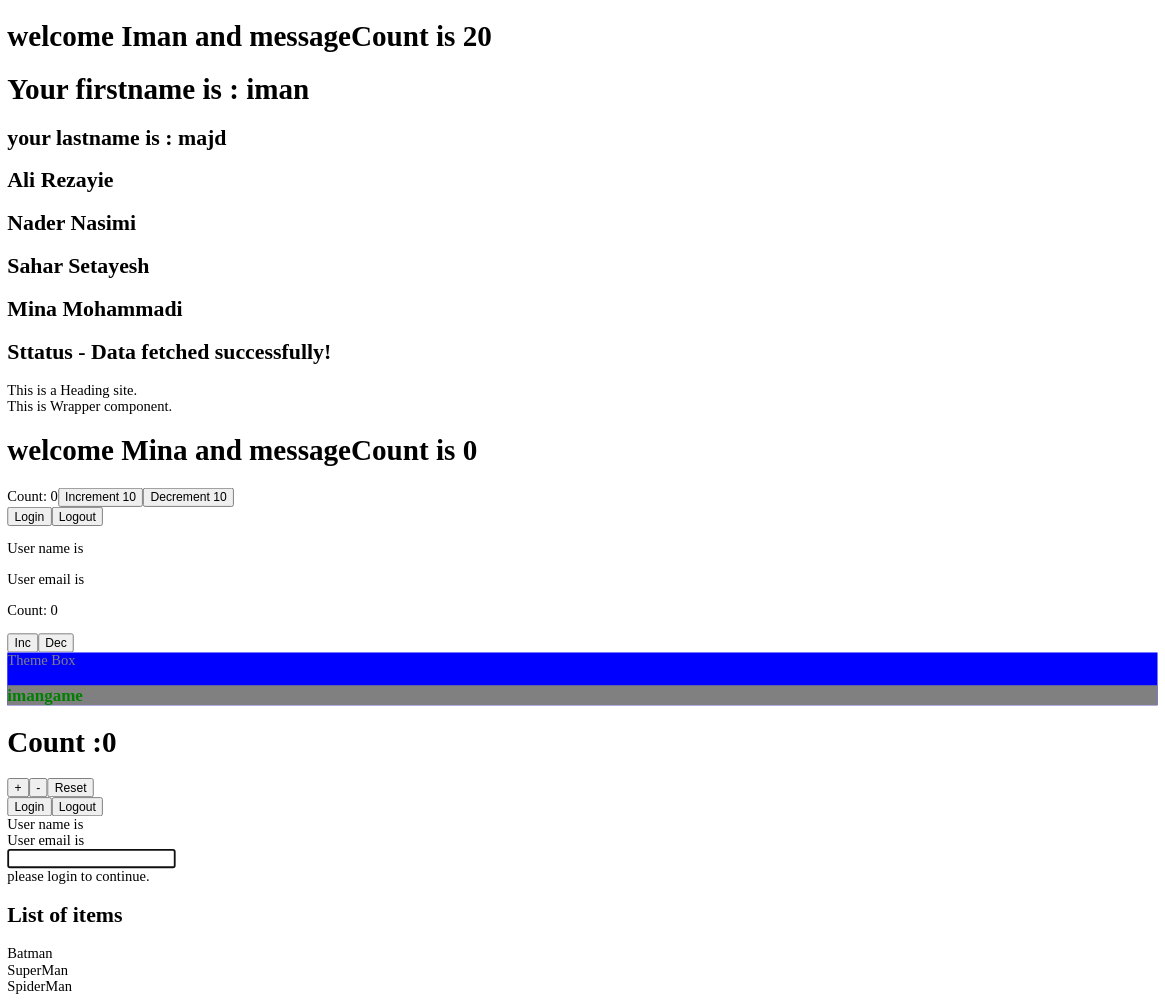
Repository: imangame2125/Typescript-learn-course
Page: /
An editor plug-in stored every save of this project. The page is shown before and after the next save, followed by the edit.
The browser window is 1280 px wide. The pictures show the whole page, at 91% of full size.
The project was rebuilt for these pictures with package versions that can differ from the ones it lists, and the page was loaded fresh each time.

Above is the page before, as saved 2023-10-01 16:05:50.

### src/App.tsx
import React from "react";
import { Greet } from "./components/pages/Greet";
import Person from "./components/pages/Person";
import PersonList from "./components/pages/PersonList";
import Status from "./components/pages/Status";
import Heading from "./components/pages/Heading";
import { Wrapper } from "./components/pages/Wrapper";
import User from "./components/pages/User";
import Container from "./components/pages/Counter";
import UseReducerTypescript from "./components/pages/UseResuerTypescript";
import CounterUseReducer from "./components/pages/CounterUseReducer";
import { ThemeContextProvider } from "./components/context/ThemeContext";
import Box from "./components/pages/Box";
import { UserContextProvider } from "./components/context/UserContext";
import UserContainer from './components/context/UserContainer'
import DomRef from "./components/ref/DomRef";
import Private from "./components/auth/Private";
import Profile from "./components/auth/Profile";
import LogIn from "./components/auth/LogIn";
import { List } from "./components/generics/List";


function App() {
  const personName = {
    firstName: "iman",
    lastName: "majd",
  };

  const nameList = [
    {
      firstName:'Ali',
      lastName:'Rezayie'
    },


    {
      firstName:'Nader',
      lastName:'Nasimi'
    },


    {
      firstName:'Sahar',
      lastName:'Setayesh'
    },



    {
      firstName:'Mina',
      lastName:'Mohammadi'
    },
  ]
  return (
    <div className="App">
      <Greet name="Iman" messageCount={20} isLoggedIn={true} family={0} />
      <Person name={personName} />
      <PersonList names={nameList}/>
      <Status status="success"/>
      <Heading>
        This is a Heading site.
      </Heading>
      <Wrapper>
        <Heading>This is Wrapper component.</Heading>
      </Wrapper>
      <Greet name='Mina' isLoggedIn={true} family={0}/>
      <Container/>
      <User/>
      <UseReducerTypescript/>

      <ThemeContextProvider>
        <Box/>
      </ThemeContextProvider>

      <CounterUseReducer/>

      <UserContextProvider>
        <UserContainer/>
      </UserContextProvider>

      <DomRef/>

      <Private isLoggedIn={true} component={LogIn}/>

      <List items={['Batman','SuperMan','SpiderMan']} onClick={(item)=>console.log(item)}/>
    </div>
  );
}

export default App;

### src/components/pages/Greet.tsx
import React from "react";
import { GreetProps } from "../types/GreetProps";

//optional props

export const Greet = ({ name, messageCount = 0, isLoggedIn }: GreetProps) => {
  return (
    <div>
      {isLoggedIn ? (
        <h1>{`welcome ${name} and messageCount is ${messageCount}`}</h1>
      ) : (
        <h2>its bad...</h2>
      )}
    </div>
  );
};

### src/components/pages/Person.tsx
import React from "react";
import { PersonProps } from "../types/PersonProps";

const Person = ({ name: { firstName, lastName } }: PersonProps) => {
  return (
    <div>
      <h1>Your firstname is : {firstName}</h1>
      <h2>your lastname is : {lastName}</h2>
    </div>
  );
};

export default Person;

### src/components/pages/PersonList.tsx
import React from 'react'
import { Name } from '../types/PersonLIstProps'

type PersonsListProps = {
  names:Name[]
}

const PersonList = ({names}:PersonsListProps) => {
  return (
    <div>
        {names.map((name)=>{
            return(
                <h2 key={name.firstName}>{name.firstName} {name.lastName}</h2>
            )
        })}
    </div>
  )
}

export default PersonList

### src/components/pages/Status.tsx
import React from "react";
import { StatusProps } from "../types/StatusProps";
//a Union of string literals

const Status = ({ status }: StatusProps) => {
  let message;
  if (status === "loading") {
    message = "Loading...";
  } else if (status === "success") {
    message = "Data fetched successfully!";
  } else if (status === "error") {
    message = "Error fetching data";
  }
  return (
    <div>
        <h2>Sttatus - {message}</h2>
    </div>
  );
};

export default Status;

### src/components/pages/Heading.tsx
import React from "react";
import { HeadingProps } from "../types/HeadingProps";

//children props
const Heading = ({ children }: HeadingProps) => {
  return <div>{children}</div>;
};

export default Heading;

### src/components/pages/Wrapper.tsx
import React from "react";
import { WrapperProps } from "../types/WrapperProps";
//children props when type is React.ReactNode

export const Wrapper = ({ children }: WrapperProps) => {
  return <div>{children}</div>;
};

### src/components/pages/User.tsx
import React, { useState } from "react";
// import { UserProps } from "../types/UserProps";

type UserProps = {
  name: string;
  email: string;
};

const User = () => {
  const [user, setUser] = useState<UserProps>({} as UserProps);
  const handleLogin = () => {
    setUser({
      name: "iman",
      email: "imanclever51@gmail.com",
    });
  };

  const handleLogout = () => {
    setUser({
      name: "",
      email: "",
    });
  };
  return (
    <div>
      <button onClick={handleLogin}>Login</button>
      <button onClick={handleLogout}>Logout</button>
      <p>User name is {user.name} </p>
      <p>User email is {user.email}</p>
    </div>
  );
};

export default User;

### src/components/pages/Counter.tsx
import React, { useReducer } from "react";

function reducer(
  state: { count: number },
  action: { type: string; payload: number }
) {
  switch (action.type) {
    case "INCREMENT":
      return {
        count: state.count + action.payload,
      };
    case "resut":
      return {
        count: 10,
      };

    case "DECREMENT":
      return {
        count: state.count - action.payload,
      };
    default:
      return state;
  }
}

const Container = () => {
  const [state, dispatch] = useReducer(reducer, { count: 0 });

  const handleInc = () => {
    dispatch({
      type: "INCREMENT",
      payload: 10,
    });
  };

  // const handleReset = ()=>{
  //   dispatch({
  //     type:'resut',

  //   })
  // }

  const handleDic = () => {
    dispatch({
      type: "DECREMENT",
      payload: 10,
    });
  };
  return (
    <>
      Count: {state.count}
      {/* <button onClick={() => dispatch({ type: "INCREMENT", payload: 10 })}> */}
      <button onClick={handleInc}>Increment 10</button>
      {/* <button onClick={() => dispatch({ type: "DECREMENT", payload: 10 })}> */}
      <button onClick={handleDic}>Decrement 10</button>
      {/* <button onClick={handleReset}>Reset</button> */}
    </>
  );
};

export default Container;

### src/components/pages/UseResuerTypescript.tsx
import React, { useReducer } from 'react';

const reducer = (state: { count: number }, action: { type: string; payload?: number }) => {
  switch (action.type) {
    case 'INC':
      return { ...state, count: state.count + (action.payload || 0) };

      case 'DEC':
        return { ...state, count: state.count - (action.payload || 0) };
    default:
      return state;
  }
};

const UseReducerTypescript = () => {
  const [state, dispatch] = useReducer(reducer, { count: 0 });

  const handleInc = () => {
    dispatch({
      type: 'INC',
      payload: 10,
    });
  };

  const handleDec = () => {
    dispatch({
      type: 'DEC',
      payload: 10,
    });
  };

  return (
    <div>
      <p>Count: {state.count}</p>
      <button onClick={handleInc}>Inc</button>
      <button onClick={handleDec}>Dec</button>
    </div>
  );
};

export default UseReducerTypescript;

### src/components/pages/CounterUseReducer.tsx
import React, { useReducer } from "react";
const initialValue = {
  count: 0,
};

type CounterState = {
  count: number;
};

type UpdateAction = {
  type: "INC" | "DEC";
  payload: number;
};

type ResetAction = {
  type: "reset";
};
type CounterAction = UpdateAction | ResetAction;
const reducer = (state: CounterState, action: CounterAction) => {
  switch (action.type) {
    case "INC":
      return { ...state, count: state.count + action.payload };

    case "reset":
      return initialValue;

    case "DEC":
      return { ...state, count: state.count - action.payload };
    default:
      return state;
  }
};
const CounterUseReducer = () => {
  const [state, dispatch] = useReducer(reducer, initialValue);
  return (
    <div>
      <h1>Count :{state.count}</h1>
      <button onClick={() => dispatch({ type: "INC", payload: 50 })}>+</button>
      <button onClick={() => dispatch({ type: "DEC", payload: 50 })}>-</button>
      <button onClick={() => dispatch({ type: "reset" })}>Reset</button>
    </div>
  );
};

export default CounterUseReducer;

### src/components/context/ThemeContext.tsx
import { createContext } from "react";
import { theme } from "./theme";

type ThemeContextProviderProps = {
  children: React.ReactNode;
};

export const ThemeContext = createContext(theme);

export const ThemeContextProvider = ({
  children,
}: ThemeContextProviderProps) => {
  return (
    <ThemeContext.Provider value={theme}>{children}</ThemeContext.Provider>
  );
};

### src/components/pages/Box.tsx
import React, { useContext } from "react";
import { ThemeContext } from "../context/ThemeContext";

const Box = () => {
  const theme = useContext(ThemeContext);
  return (
    <div
      style={{ background: theme.primary.main, color: theme.secondary.text }}
    >
      Theme Box

      <h3 style={{background:theme.secondary.main,color:theme.success.text}}>imangame</h3>
    </div>
  );
};

export default Box;

### src/components/context/UserContext.tsx
import { createContext, useState } from "react";

export type AuthUser = {
  name: string;
  email: string;
};
type UsaerContextType = {
  user: AuthUser | null;
  setUser: React.Dispatch<React.SetStateAction<AuthUser | null>>;
};

type UserContextProviderProps = {
  children: React.ReactNode;
};

// export const UserContext = createContext<UsaerContextType | null>(null);
export const UserContext = createContext<UsaerContextType | null>({} as UsaerContextType);

export const UserContextProvider = ({ children }: UserContextProviderProps) => {
  const [user, setUser] = useState<AuthUser | null>(null);
  return (
    <UserContext.Provider value={{ user, setUser }}>
      {children}
    </UserContext.Provider>
  );
};

### src/components/context/UserContainer.tsx
import React, { useContext } from 'react'
import { UserContext} from './UserContext'
const UserContainer = () => {
  const userContext =  useContext(UserContext)
    const handleLogin = ()=>{
      // if(userContext){

      // }
      userContext?.setUser({
        name:'iman',
        email:'imanmajdabadifarahni1372@gmail.com'
      })
    }
    const handleLogout = ()=>{
      // if(userContext){
      // }
      userContext?.setUser(null)
    }
  return (
    <div>
        <button onClick={handleLogin}>Login</button>
        <button onClick={handleLogout}>Logout</button>
        <div>User name is {userContext?.user?.name}</div>
        <div>User email is {userContext?.user?.email}</div>
    </div>
  )
}

export default UserContainer

### src/components/ref/DomRef.tsx
import React, { useEffect, useRef } from "react";

const DomRef = () => {
  const inputRef = useRef<HTMLInputElement>(null);

  useEffect(() => {
    inputRef.current?.focus();
  }, []);
  return (
    <div>
      <input type="text" ref={inputRef} />
    </div>
  );
};

export default DomRef;

### src/components/auth/Private.tsx
import React from "react";
import LogIn from "./LogIn";
import { ProfileProps } from "./Profile";

type PrivateProps = {
  isLoggedIn: boolean;
  component: React.ComponentType<ProfileProps>;
};

const Private = ({ isLoggedIn, component:Component }: PrivateProps) => {
  if (isLoggedIn) {
    return <Component name='Iman' />;
  } else {
    return <LogIn />;
  }
};

export default Private;

### src/components/auth/LogIn.tsx
import React from 'react'

const LogIn = () => {
  return (
    <div>please login to continue.</div>
  )
}

export default LogIn

### src/components/generics/List.tsx
    import React from "react";

    type ListProps<T> = {
    items: T[];
    onClick: (value: T) => void;
    };
    export const List = <T extends {id:number}>({ items, onClick }: ListProps<T>) => {
    return (
        <div>
        <h2>List of items</h2>
        {items.map((item, index ) => {
            return (
            <div onClick={() => onClick(item)} key={item.id}>
                {String(item)}
            </div>
            );
        })}
        </div>
    );
    };

### src/components/context/theme.tsx
export const theme = {
    primary:{
        main:'blue',
        text:'blue'
    },
    secondary:{
        main:'gray',
        text:'gray'
    },

    success:{
        main:'green',
        text:'green'
    }
}

Loaded but not shown: public/index.html (common file); src/index.tsx (common file)

After the next save:
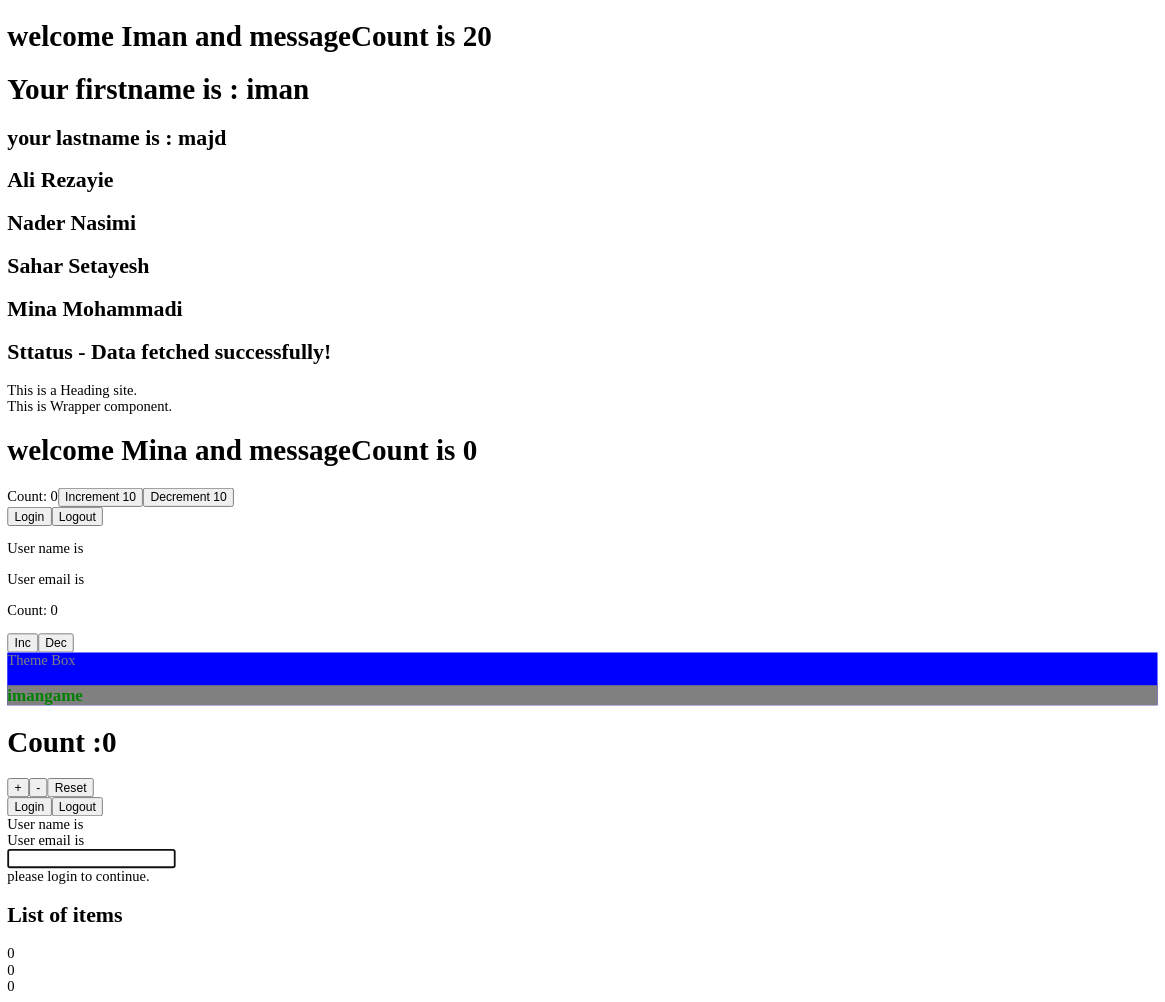
Saved 57 s later.
--- a/src/components/generics/List.tsx
+++ b/src/components/generics/List.tsx
@@ -11,7 +11,7 @@
         {items.map((item, index ) => {
             return (
             <div onClick={() => onClick(item)} key={item.id}>
-                {String(item)}
+                {String|Number(item)}
             </div>
             );
         })}

After the save that followed:
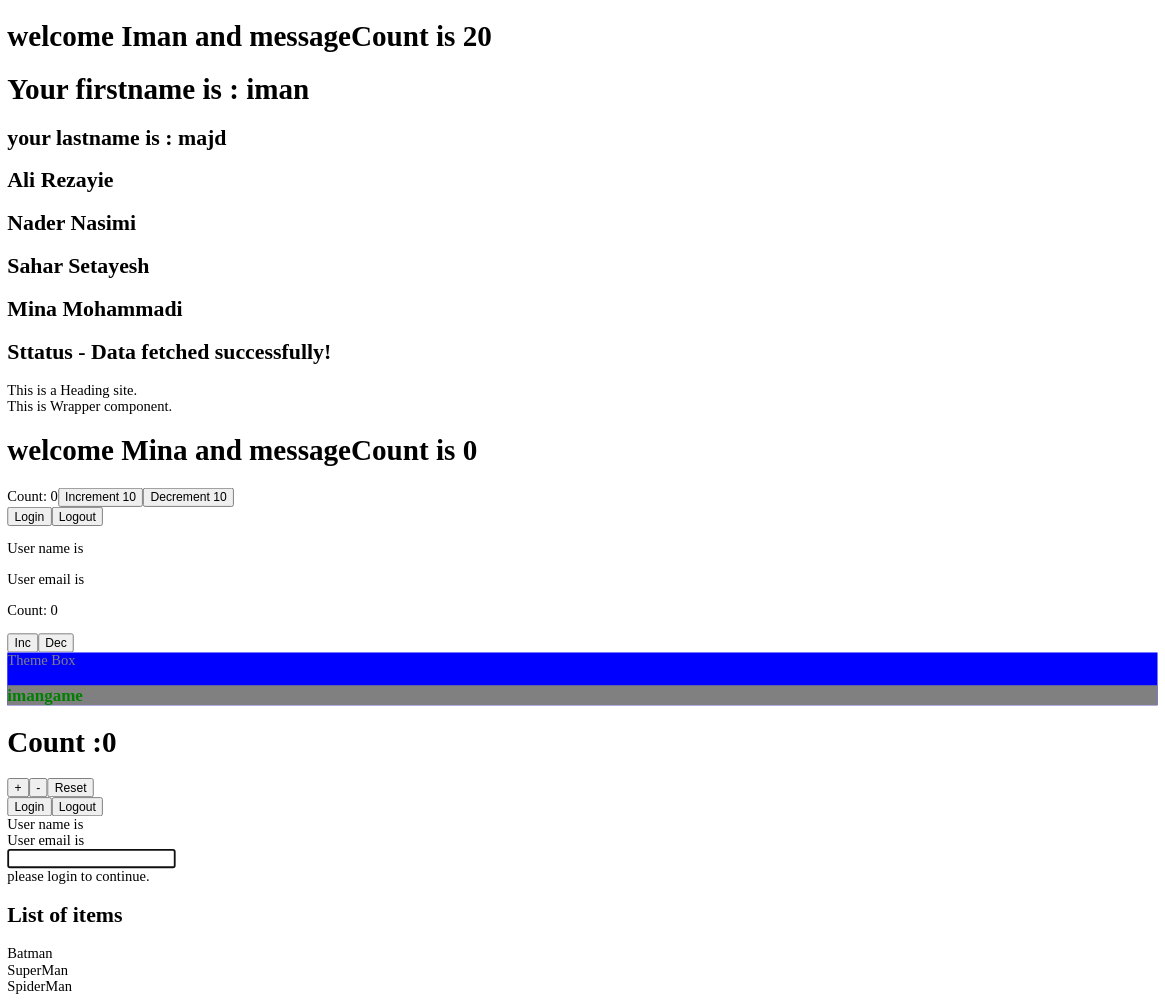
Saved 13 s later.
--- a/src/components/generics/List.tsx
+++ b/src/components/generics/List.tsx
@@ -11,7 +11,7 @@
         {items.map((item, index ) => {
             return (
             <div onClick={() => onClick(item)} key={item.id}>
-                {String|Number(item)}
+                {item}
             </div>
             );
         })}
